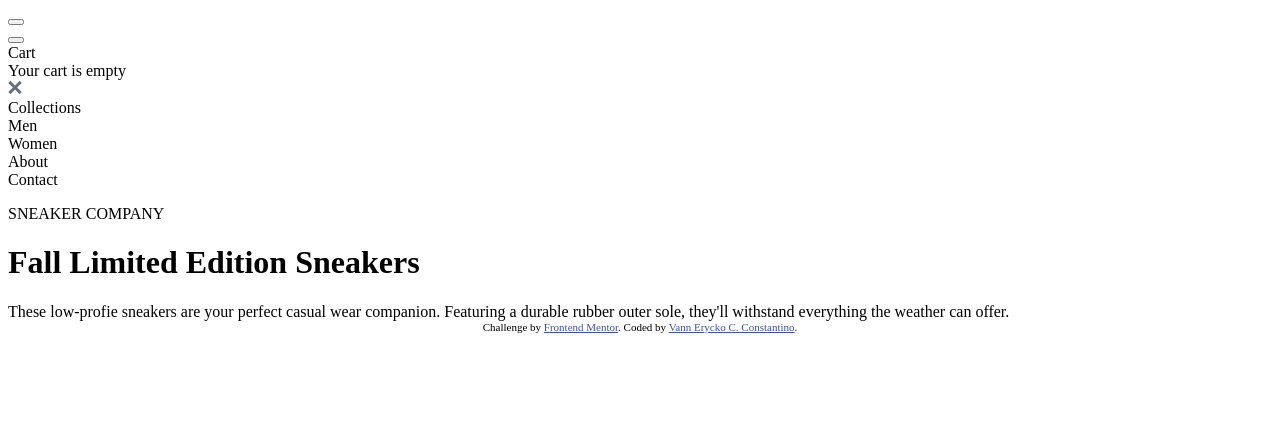
Repository: kocokoy/ecommerce-product-page
Page: src/template.html
An editor plug-in stored every save of this project. The page is shown before and after the next save, followed by the edit.
The browser window is 1280 px wide. The pictures show the whole page.
Some web fonts or font styles are not loaded; a fallback is used.

Above is the page before, as saved 2024-11-19 08:49:17.

### src/template.html
<!DOCTYPE html>
<html lang="en">
<head>
  <meta charset="UTF-8">
  <meta name="viewport" content="width=device-width, initial-scale=1.0"> <!-- displays site properly based on user's device -->

  <link rel="icon" type="image/png" sizes="32x32" href="./images/favicon-32x32.png">
  <link rel="preconnect" href="https://fonts.googleapis.com">
  <link rel="preconnect" href="https://fonts.gstatic.com" crossorigin>
  <link href="https://fonts.googleapis.com/css2?family=Karla:ital,wght@0,200..800;1,200..800&family=Kumbh+Sans:wght@100..900&family=Playfair+Display:ital,wght@0,400..900;1,400..900&family=Plus+Jakarta+Sans:ital,wght@0,200..800;1,200..800&family=Red+Hat+Text:ital,wght@0,300..700;1,300..700&display=swap" rel="stylesheet">
  <title>Frontend Mentor | E-commerce product page</title>
  <style>
    .attribution { font-size: 11px; text-align: center; }
    .attribution a { color: hsl(228, 45%, 44%); }
  </style>
</head>
<body>
  <div class="content">
    <header>
      <div class="header-img"></div>
      <div class="header-title"></div>
      <div class="header-img"></div>
      <div class="header-img"></div>
    </header>
    <container class="image-carousel">
      <div class="image">
        <button class="image-carousel-back-btn"></button>
        <div class="image-carousel-image"></div>
        <button class="image-carousel-forward-btn"></button>
      </div>
      <div class="cart">
        <div class="cart-title">Cart</div>
        <div class="cart-content">Your cart is empty</div>
      </div>
    </container>
    <container class="menu-bar">
      <img src="/images/icon-close.svg" alt="">
      <div>Collections</div>
      <div>Men</div>
      <div>Women</div>
      <div>About</div>
      <div>Contact</div>
    </container>
    <container class="item-info">
      <div class="item-info-text">
        <p>SNEAKER COMPANY</p>
        <H1>Fall Limited Edition Sneakers</H1>
        <div>
          These low-profie sneakers are your perfect casual wear companion. Featuring a durable rubber outer sole, they'll withstand everything the weather can offer.
        </div>
      </div>
      <div class="item-info-price">

      </div>
      <div class="item-info-quantity">

      </div>
      <div class="item-info-button">
      </div>
    </container>
  </div>
  <div class="attribution">
    Challenge by <a href="https://www.frontendmentor.io?ref=challenge" target="_blank">Frontend Mentor</a>.
    Coded by <a href="#">Vann Erycko C. Constantino</a>.
  </div>
</body>
</html>

After the next save:
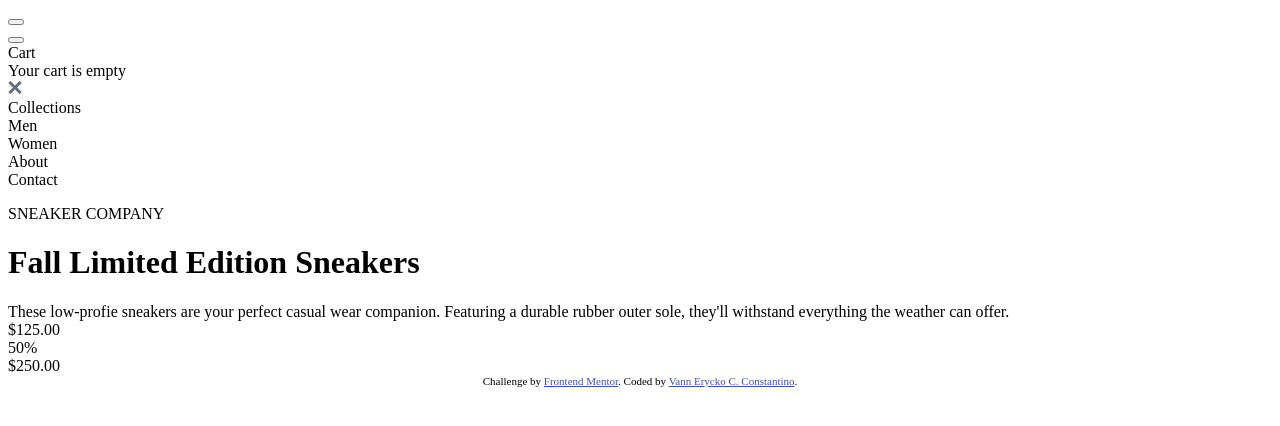
Saved 47 s later.
--- a/src/template.html
+++ b/src/template.html
@@ -50,7 +50,9 @@
         </div>
       </div>
       <div class="item-info-price">
-
+        <div class="price">$125.00</div>
+        <div class="percent">50%</div>
+        <div class="retail-price">$250.00</div>
       </div>
       <div class="item-info-quantity">
 
